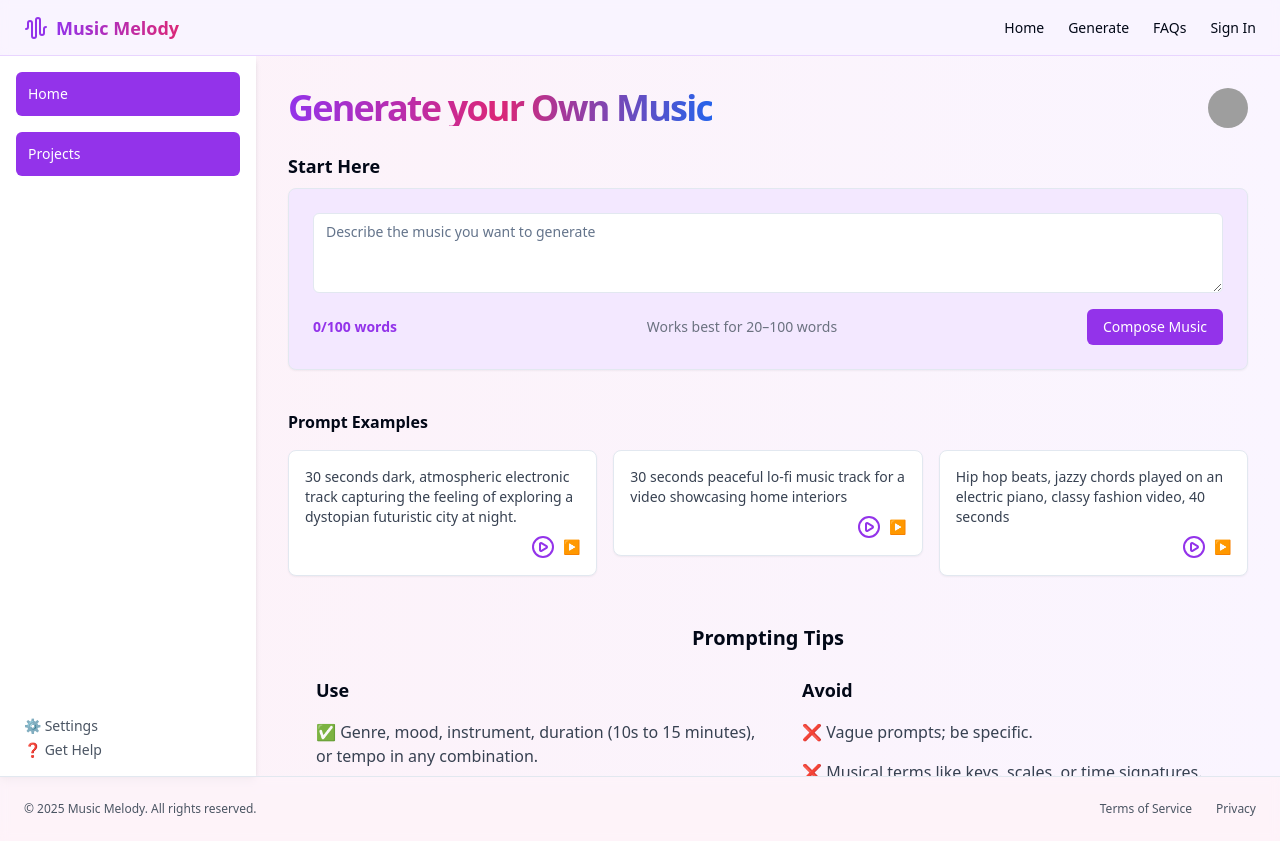
Repository: Aadityakesarwani/musicMelody
Page: /MusicMelodyUI
An editor plug-in stored every save of this project. The page is shown before and after the next save, followed by the edit.
The browser window is 1280 px wide. The pictures show the whole page.
Pictures or frames that could not be fetched are drawn as grey boxes. An inner scrolling area shows only its first screen. The project was rebuilt for these pictures with package versions that can differ from the ones it lists, and the page was loaded fresh each time. Also part of the build but not shown: vite.config.js, src/components/ui/accordion.jsx, src/components/Faq.jsx, src/components/Hero.jsx, src/components/HowItWorks.jsx, src/context/AuthContext.jsx, src/components/SignIn.jsx, src/components/MusicSection.jsx and 7 more. Imported but missing from the stored project, and not drawn on this page: src/assets/1.mp4, src/assets/2.mp4, src/assets/3.mp4, src/assets/4.mp4, src/assets/5.mp4.

Above is the page before, as saved 2025-04-13 19:23:24.

### src/main.jsx
import './polyfills';
import React from 'react'
import ReactDOM from 'react-dom/client'
import App from './App'
import './index.css'

ReactDOM.createRoot(document.getElementById('root')).render(
  <React.StrictMode>
    <App />
  </React.StrictMode>,
)

### src/polyfills.js
// Add global polyfill for browser environment
if (typeof global === 'undefined') {
  window.global = window;
}

### src/App.jsx
import { BrowserRouter } from "react-router-dom";
import { Route, Routes } from "react-router-dom";

import FAQ from "./components/Faq";
import Footer from "./components/Footer";
import Header from "./components/Header";
import Hero from "./components/Hero";
import HowItWorks from "./components/HowItWorks";
import LoginSignUpPage from "./components/SignIn";
import MusicSection from "./components/MusicSection";
import MusicLandingPage from "./components/MusicLandingPage";
import MusicMelodyUI from "./components/MusicMelodyUI";
import CTA from "./components/Cta";
import ProjectDetails from "./components/ProjectDetails";
import Pricing from "./components/Pricing";
import TermsOfService from "./components/TermsOfService";
import Home from "./components/Home";

function App() {
  return (
    <BrowserRouter>
      <div className="flex flex-col min-h-screen bg-gradient-to-b from-purple-100 to-pink-100 dark:from-purple-900 dark:to-pink-900">
        <Header />
        <main className="flex-1">
          <Routes>
            <Route path="/LoginSignUpPage" element={<LoginSignUpPage />} />
            <Route path="/MusicLandingPage" element={<MusicLandingPage />} />
            <Route path="/MusicMelodyUI" element={<MusicMelodyUI />} />
            <Route path="/ProjectDetails" element={<ProjectDetails />} />
            <Route path="/Pricing" element={<Pricing />} />
            <Route path="/TermsOfService" element={<TermsOfService />} />
            <Route path="/Home" element={<Home />} />
            <Route
              path="/"
              element={
                <div className="flex flex-col gap-8">
                  <section id="hero">
                    <Hero />
                  </section>
                  <section id="music-section">
                    <MusicSection />
                  </section>
                  <section id="howitworks">
                    <HowItWorks />
                  </section>
                  <section id="faqs">
                    <FAQ />
                  </section>
                  <section id="cta">
                    <CTA />
                  </section>
                </div>
              }
            />
          </Routes>
        </main>
        <Footer />
      </div>
    </BrowserRouter>
  );
}

export default App;

### src/components/Footer.jsx
import React from 'react';
import { Link } from 'react-router-dom'; // Import Link from react-router-dom

export default function Footer() {
  return (
    <footer className="flex flex-col gap-2 sm:flex-row py-6 w-full shrink-0 items-center px-4 md:px-6 border-t bg-white/50 backdrop-blur-sm dark:bg-gray-800/50">
      <p className="text-xs text-gray-600 dark:text-gray-400">
        © {new Date().getFullYear()} Music Melody. All rights reserved.
      </p>
      <nav className="sm:ml-auto flex gap-4 sm:gap-6">
        {/* Link to the Terms of Service page */}
        <Link
          className="text-xs hover:underline underline-offset-4 text-gray-600 hover:text-purple-600 dark:text-gray-400 dark:hover:text-purple-400"
          to="/TermsOfService" // Use the path you defined for Terms of Service in your router
        >
          Terms of Service
        </Link>
        <Link
          className="text-xs hover:underline underline-offset-4 text-gray-600 hover:text-purple-600 dark:text-gray-400 dark:hover:text-purple-400"
          to="/Privacy" // Use the path you defined for Privacy Policy in your router
        >
          Privacy
        </Link>
      </nav>
    </footer>
  );
}

### src/components/Header.jsx
import { AudioWaveform, Menu, X } from "lucide-react";
import { Link, useLocation } from "react-router-dom";
import { useState } from "react";

export default function Header() {
  const location = useLocation();
  const [isMenuOpen, setIsMenuOpen] = useState(false);

  const scrollToSection = (sectionId) => {
    if (location.pathname === '/') {
      const element = document.getElementById(sectionId);
      if (element) {
        element.scrollIntoView({ behavior: 'smooth' });
      }
    }
    setIsMenuOpen(false);
  };

  return (
    <header className="sticky top-0 z-50 px-4 lg:px-6 h-14 flex items-center border-b border-purple-200 dark:border-purple-800 bg-white/50 backdrop-blur-sm dark:bg-gray-800/50">
      <Link
        to="/"
        onClick={() => scrollToSection('hero')}
        className="flex items-center justify-center"
      >
        <AudioWaveform className="h-6 w-6 text-purple-600 dark:text-purple-400" />
        <span className="ml-2 text-lg font-bold bg-clip-text text-transparent bg-gradient-to-r from-purple-600 to-pink-600 dark:from-purple-400 dark:to-pink-400">
          Music Melody
        </span>
      </Link>

      {/* Hamburger Menu */}
      <button
        onClick={() => setIsMenuOpen(!isMenuOpen)}
        className="ml-auto md:hidden"
      >
        {isMenuOpen ? (
          <X className="h-6 w-6 text-purple-600 dark:text-purple-400" />
        ) : (
          <Menu className="h-6 w-6 text-purple-600 dark:text-purple-400" />
        )}
      </button>

      {/* Desktop Navigation */}
      <nav className="ml-auto hidden md:flex gap-4 sm:gap-6">
        <Link
          to="/"
          onClick={() => scrollToSection('hero')}
          className="text-sm font-medium hover:text-purple-600 dark:hover:text-purple-400 transition-colors"
        >
          Home
        </Link>
        <Link
          to="/MusicLandingPage"
          className="text-sm font-medium hover:text-purple-600 dark:hover:text-purple-400 transition-colors"
        >
          Generate
        </Link>
        <Link
          to="/"
          onClick={() => scrollToSection('faqs')}
          className="text-sm font-medium hover:text-purple-600 dark:hover:text-purple-400 transition-colors"
        >
          FAQs
        </Link>
        <Link
          to="/LoginSignUpPage"
          className="text-sm font-medium hover:text-purple-600 dark:hover:text-purple-400 transition-colors"
        >
          Sign In
        </Link>
      </nav>

      {/* Mobile Navigation */}
      {isMenuOpen && (
        <div className="absolute top-14 left-0 right-0 bg-white dark:bg-gray-800 border-b border-purple-200 dark:border-purple-800 md:hidden">
          <nav className="flex flex-col p-4">
            <Link
              to="/"
              onClick={() => scrollToSection('hero')}
              className="py-2 text-sm font-medium hover:text-purple-600 dark:hover:text-purple-400 transition-colors"
            >
              Home
            </Link>
            <Link
              to="/"
              onClick={() => scrollToSection('generator')}
              className="py-2 text-sm font-medium hover:text-purple-600 dark:hover:text-purple-400 transition-colors"
            >
              Generate
            </Link>
            <Link
              to="/"
              onClick={() => scrollToSection('faqs')}
              className="py-2 text-sm font-medium hover:text-purple-600 dark:hover:text-purple-400 transition-colors"
            >
              FAQs
            </Link>
            <Link
              to="/LoginSignUpPage"
              className="py-2 text-sm font-medium hover:text-purple-600 dark:hover:text-purple-400 transition-colors"
            >
              Sign In
            </Link>
          </nav>
        </div>
      )}
    </header>
  );
}

### src/components/MusicMelodyUI.jsx
import { motion } from "framer-motion";
import { Button } from "./ui/button";
import { Link } from "react-router-dom";
import { Card } from "./ui/card";
import { Avatar, AvatarImage } from "./ui/avatar";
import { Textarea } from "./ui/textarea";
import { CirclePlay } from "lucide-react";

export default function MusicMelodyUI() {
  return (
    <div className="flex h-screen bg-gradient-to-r from-pink-50 to-purple-50">
      {/* Sidebar */}
      <aside className="w-1/5 p-4 bg-white shadow-md flex flex-col justify-between">
        <div>
          <nav className="space-y-2">
            <Link to="/MusicLandingPage">
              <Button variant="default" className="w-full justify-start bg-purple-600 hover:bg-purple-700 text-white px-3 py-3 mb-4">
                Home
              </Button>
            </Link>
            <Link to="/ProjectDetails">
              <Button variant="outline" className="w-full justify-start bg-purple-600 hover:bg-purple-700 text-white px-3 py-3">
                Projects
              </Button>
            </Link>
          </nav>
        </div>
        <div className="space-y-1 text-sm text-gray-600 pl-2">
          <div className="cursor-pointer">⚙️ Settings</div>
          <div className="cursor-pointer">❓ Get Help</div>
        </div>
      </aside>

      {/* Main Content */}
      <main className="flex-1 p-8 overflow-auto">
        {/* Header */}
        <motion.header
          initial={{ opacity: 0 }}
          animate={{ opacity: 1 }}
          transition={{ duration: 0.5 }}
          className="flex justify-between items-center"
        >
          <h1 className="text-2xl font-bold tracking-tighter sm:text-2xl md:text-2xl lg:text-4xl/none bg-clip-text text-transparent
           bg-gradient-to-r from-purple-600 via-pink-600 to-blue-600 dark:from-purple-400
           dark:via-pink-400 dark:to-blue-400">
            Generate your Own Music
          </h1>
          <Avatar>
            <AvatarImage src="https://github.com/shadcn.png" alt="User avatar" />
          </Avatar>
        </motion.header>

        {/* Input Section */}
        <section className="mt-6">
          <h2 className="text-lg font-semibold mb-2">Start Here</h2>
          <Card className="p-6 bg-purple-100">
            <Textarea
              placeholder="Describe the music you want to generate"
              className="bg-white mb-4"
            />
            <div className="flex justify-between items-center text-sm">
              <span className="text-purple-600 font-bold">0/100 words</span>
              <span className="text-gray-500">Works best for 20–100 words</span>
              <Link to="/home">
                <Button variant="default" className="bg-purple-600 hover:bg-purple-700 text-white px-4 py-2">Compose Music</Button>
              </Link>
            </div>
          </Card>
        </section>

        {/* Prompt Examples */}
        <section className="mt-10">
          <h3 className="text-md font-semibold mb-4">Prompt Examples</h3>
          <div className="grid grid-cols-1 md:grid-cols-3 gap-4">
            {[
              "30 seconds dark, atmospheric electronic track capturing the feeling of exploring a dystopian futuristic city at night.",
              "30 seconds peaceful lo-fi music track for a video showcasing home interiors",
              "Hip hop beats, jazzy chords played on an electric piano, classy fashion video, 40 seconds"
            ].map((prompt, index) => (
              <motion.div
                key={index}
                initial={{ opacity: 0 }}
                animate={{ opacity: 1 }}
                transition={{ duration: 0.5, delay: index * 0.1 }}
              >
                <Card className="p-4">
                  <p className="text-sm text-gray-700">{prompt}</p>
                  <div className="flex justify-end mt-2 gap-2">
                    <CirclePlay className="cursor-pointer text-purple-600" />
                    <Button variant="ghost" size="icon">▶</Button>
                  </div>
                </Card>
              </motion.div>
            ))}
          </div>
        </section>

        {/* Prompting Tips Section */}
        <section className="mt-12  space-y-4 space-x-7 mb-7">
          <h3 className="text-xl font-bold mb-6 text-center">Prompting Tips</h3>
          <div className="grid grid-cols-1 md:grid-cols-2 gap-10">
            {/* Use Column */}
            <div>
              <h4 className="text-lg font-semibold mb-4">Use</h4>
              <ul className="space-y-4 text-gray-700">
                <li>✅ Genre, mood, instrument, duration (10s to 15 minutes), or tempo in any combination.</li>
                <li>✅ Genre like ambient, cinematic, lo-fi, electronic, rock, hio-hop for best results.</li>
                <li>✅ Keywords to mention the intended use (e.g., podcast, game)</li>
                <li>✅ Descriptive adjectives (e.g., dreamy, energetic) for tailored outputs.</li>
              </ul>
            </div>

            {/* Avoid Column */}
            <div>
              <h4 className="text-lg font-semibold mb-4">Avoid</h4>
              <ul className="space-y-4 text-gray-700">
                <li>❌ Vague prompts; be specific.</li>
                <li>❌ Musical terms like keys, scales, or time signatures.</li>
                <li>❌ Asking for vocals, sounds effective or foiey.</li>
                <li>❌ Including lyrics or scripts in prompts.</li>
              </ul>
            </div>
          </div>
          <p className="mt-8 text-sm text-center font-medium text-gray-800">
            want to read more? get the full guide here
          </p>
        </section>
      </main>
    </div>
  );
}

### src/components/ui/button.jsx
import * as React from "react";
import { Slot } from "@radix-ui/react-slot";
import { cn } from "../../lib/utils";

const Button = React.forwardRef(
  // eslint-disable-next-line react/prop-types
  ({ className, asChild = false, ...props }, ref) => {
    const Comp = asChild ? Slot : "button";
    return (
      <Comp
        className={cn(
          "inline-flex items-center justify-center whitespace-nowrap rounded-md text-sm font-medium transition-colors focus-visible:outline-none focus-visible:ring-1 focus-visible:ring-ring disabled:pointer-events-none disabled:opacity-50",
          className
        )}
        ref={ref}
        {...props}
      />
    );
  }
);

Button.displayName = "Button";

export { Button };

### src/components/ui/card.jsx
import * as React from "react";
import PropTypes from "prop-types"; // Import PropTypes for validation
import { cn } from "../../lib/utils";

const Card = React.forwardRef(({ className, ...props }, ref) => (
  <div
    ref={ref}
    className={cn(
      "rounded-lg border bg-card text-card-foreground shadow-sm",
      className
    )}
    {...props}
  />
));
Card.displayName = "Card";

// PropType validation
Card.propTypes = {
  className: PropTypes.string,
  children: PropTypes.node,
};

const CardHeader = React.forwardRef(({ className, ...props }, ref) => (
  <div
    ref={ref}
    className={cn("flex flex-col space-y-1.5 p-6", className)}
    {...props}
  />
));
CardHeader.displayName = "CardHeader";

// PropType validation
CardHeader.propTypes = {
  className: PropTypes.string,
  children: PropTypes.node,
};

const CardTitle = React.forwardRef(({ className, ...props }, ref) => (
  <h3
    ref={ref}
    className={cn(
      "text-2xl font-semibold leading-none tracking-tight",
      className
    )}
    {...props}
  />
));
CardTitle.displayName = "CardTitle";

// PropType validation
CardTitle.propTypes = {
  className: PropTypes.string,
  children: PropTypes.node,
};

const CardDescription = React.forwardRef(({ className, ...props }, ref) => (
  <p
    ref={ref}
    className={cn("text-sm text-muted-foreground", className)}
    {...props}
  />
));
CardDescription.displayName = "CardDescription";

// PropType validation
CardDescription.propTypes = {
  className: PropTypes.string,
  children: PropTypes.node,
};

const CardContent = React.forwardRef(({ className, ...props }, ref) => (
  <div ref={ref} className={cn("p-6 pt-0", className)} {...props} />
));
CardContent.displayName = "CardContent";

// PropType validation
CardContent.propTypes = {
  className: PropTypes.string,
  children: PropTypes.node,
};

const CardFooter = React.forwardRef(({ className, ...props }, ref) => (
  <div
    ref={ref}
    className={cn("flex items-center p-6 pt-0", className)}
    {...props}
  />
));
CardFooter.displayName = "CardFooter";

// PropType validation
CardFooter.propTypes = {
  className: PropTypes.string,
  children: PropTypes.node,
};

export { Card, CardHeader, CardFooter, CardTitle, CardDescription, CardContent };

### src/components/ui/avatar.jsx
import * as React from "react";
import PropTypes from "prop-types"; // For prop validation
import { cn } from "../../lib/utils"; // Utility for classNames

const Avatar = React.forwardRef(({ className, ...props }, ref) => (
  <div
    ref={ref}
    className={cn(
      "relative flex h-10 w-10 shrink-0 overflow-hidden rounded-full",
      className
    )}
    {...props}
  />
));
Avatar.displayName = "Avatar";

Avatar.propTypes = {
  className: PropTypes.string,
  children: PropTypes.node,
};

const AvatarImage = React.forwardRef(({ className, ...props }, ref) => (
  <img
    ref={ref}
    className={cn("aspect-square h-full w-full", className)}
    {...props}
  />
));
AvatarImage.displayName = "AvatarImage";

AvatarImage.propTypes = {
  className: PropTypes.string,
  src: PropTypes.string.isRequired,
  alt: PropTypes.string,
};

export { Avatar, AvatarImage };

### src/components/ui/textarea.jsx
import * as React from "react";
import { cn } from "../../lib/utils";

// eslint-disable-next-line react/prop-types
const Textarea = React.forwardRef(({ className, ...props }, ref) => {
  return (
    <textarea
      className={cn(
        "flex min-h-[80px] w-full rounded-md border border-input bg-background px-3 py-2 text-sm ring-offset-background placeholder:text-muted-foreground focus-visible:outline-none focus-visible:ring-2 focus-visible:ring-ring focus-visible:ring-offset-2 disabled:cursor-not-allowed disabled:opacity-50",
        className
      )}
      ref={ref}
      {...props}
    />
  );
});

Textarea.displayName = "Textarea";

export { Textarea };

### tailwind.config.js
/** @type {import('tailwindcss').Config} */
export default {
  darkMode: ["class"],
  content: [
    "./index.html",
    "./src/**/*.{js,ts,jsx,tsx}",
  ],
  theme: {
    container: {
      center: true,
      padding: "2rem",
      screens: {
        "2xl": "1400px",
      },
    },
    extend: {
      colors: {
        border: "hsl(var(--border))",
        input: "hsl(var(--input))",
        ring: "hsl(var(--ring))",
        background: "hsl(var(--background))",
        foreground: "hsl(var(--foreground))",
        primary: {
          DEFAULT: "hsl(var(--primary))",
          foreground: "hsl(var(--primary-foreground))",
        },
        secondary: {
          DEFAULT: "hsl(var(--secondary))",
          foreground: "hsl(var(--secondary-foreground))",
        },
        destructive: {
          DEFAULT: "hsl(var(--destructive))",
          foreground: "hsl(var(--destructive-foreground))",
        },
        muted: {
          DEFAULT: "hsl(var(--muted))",
          foreground: "hsl(var(--muted-foreground))",
        },
        accent: {
          DEFAULT: "hsl(var(--accent))",
          foreground: "hsl(var(--accent-foreground))",
        },
        popover: {
          DEFAULT: "hsl(var(--popover))",
          foreground: "hsl(var(--popover-foreground))",
        },
        card: {
          DEFAULT: "hsl(var(--card))",
          foreground: "hsl(var(--card-foreground))",
        },
      },
      borderRadius: {
        lg: "var(--radius)",
        md: "calc(var(--radius) - 2px)",
        sm: "calc(var(--radius) - 4px)",
      },
      keyframes: {
        "accordion-down": {
          from: { height: 0 },
          to: { height: "var(--radix-accordion-content-height)" },
        },
        "accordion-up": {
          from: { height: "var(--radix-accordion-content-height)" },
          to: { height: 0 },
        },
      },
      animation: {
        "accordion-down": "accordion-down 0.2s ease-out",
        "accordion-up": "accordion-up 0.2s ease-out",
      },
    },
  },
  plugins: [require("tailwindcss-animate")],
}

Loaded but not shown: index.html (common file); src/index.css (common file); src/lib/utils.js (common file)

After the next save:
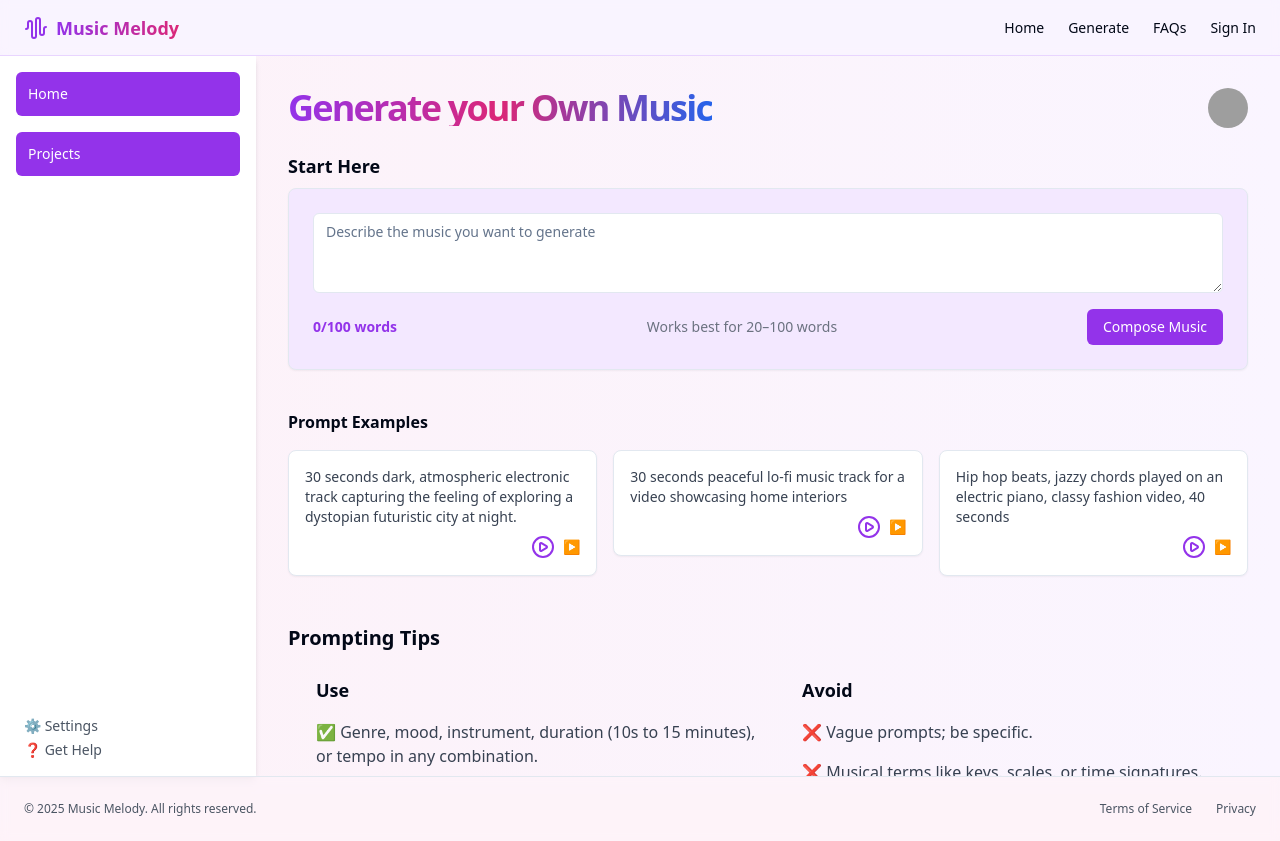
Saved 4 s later.
--- a/src/components/MusicMelodyUI.jsx
+++ b/src/components/MusicMelodyUI.jsx
@@ -97,7 +97,7 @@ export default function MusicMelodyUI() {
 
         {/* Prompting Tips Section */}
         <section className="mt-12  space-y-4 space-x-7 mb-7">
-          <h3 className="text-xl font-bold mb-6 text-center">Prompting Tips</h3>
+          <h3 className="text-xl font-bold mb-6 ">Prompting Tips</h3>
           <div className="grid grid-cols-1 md:grid-cols-2 gap-10">
             {/* Use Column */}
             <div>
